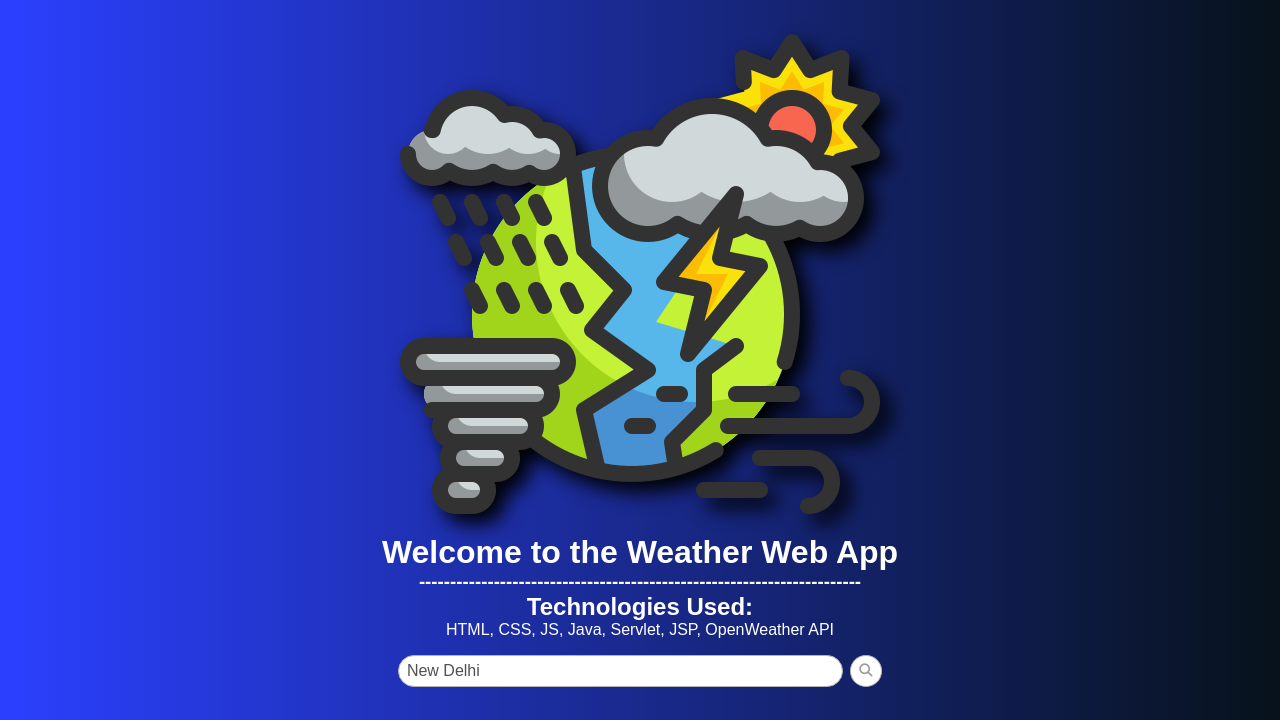
Repository: Adeshppp/Weather-Application-By-Using-JSP-and-Servlet
Page: MyWeatherApp/src/main/webapp/index.html
An editor plug-in stored every save of this project. The page is shown before and after the next save, followed by the edit.
The browser window is 1280 px wide. The pictures show the whole page.

Above is the page before, as saved 2023-11-03 05:41:46.

After the next save:
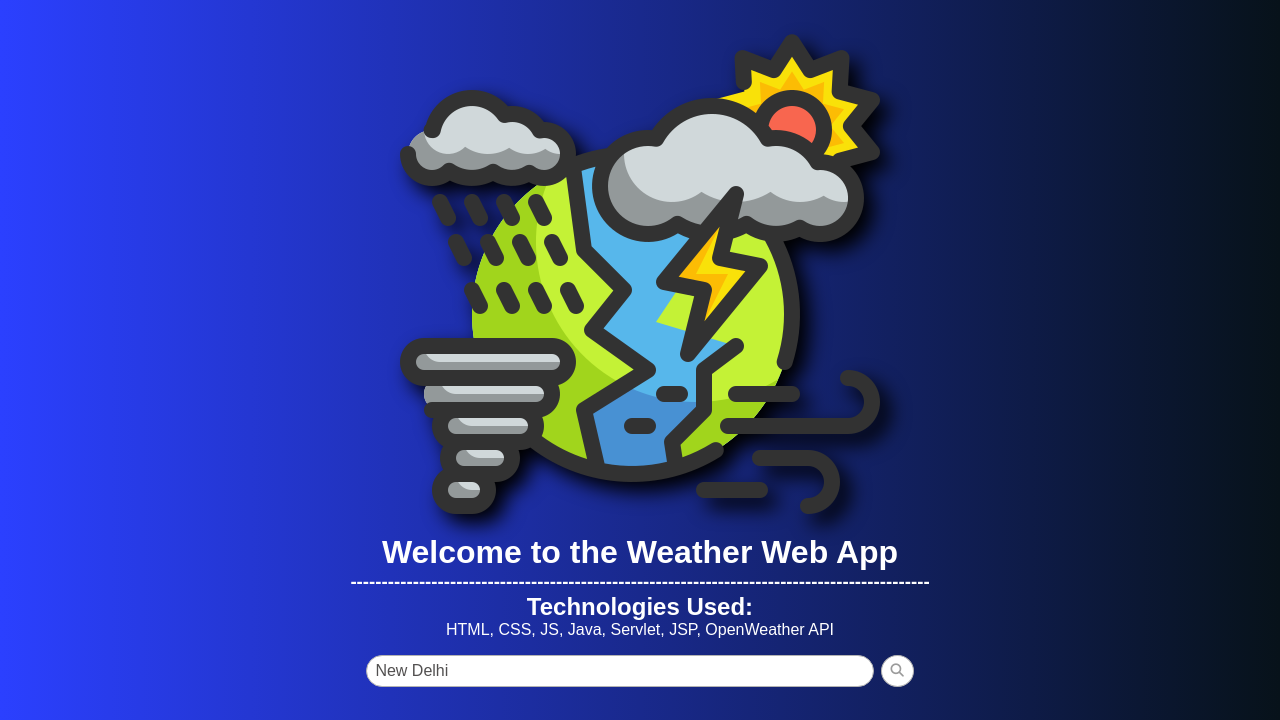
Saved 7 s later.
--- a/MyWeatherApp/src/main/webapp/index.html
+++ b/MyWeatherApp/src/main/webapp/index.html
@@ -13,7 +13,7 @@
 <div style="color:white; text-align:center">
 <img src="images/weather-logo.png" style=" height: auto;width: auto;filter: drop-shadow(10px 10px 10px black);">
     <h1>Welcome to the Weather Web App</h1>
-    <h3>-----------------------------------------------------------------------</h3>
+    <h3>---------------------------------------------------------------------------------------------</h3>
 
     <h2>Technologies Used: </h2> <p>HTML, CSS, JS, Java, Servlet, JSP, OpenWeather API</p>
      <form action="MyServlet" method="post" class="searchInput">
